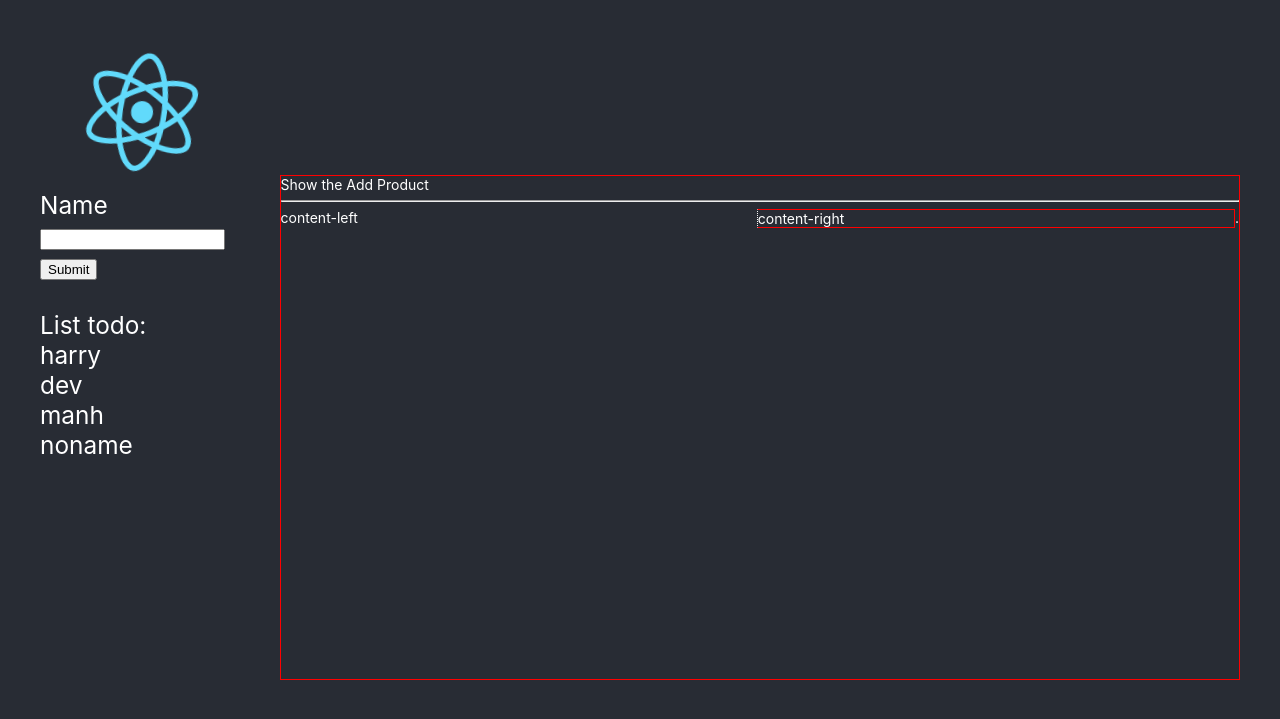
Repository: minh66hn/base-react-hook
Page: /
These files come from the project's save history. The page is drawn as it stood at one moment and after a run of saves; the edit follows.
The browser window is 1280 px wide. The pictures show the whole page.
The project was rebuilt for these pictures with package versions that can differ from the ones it lists, and the page was loaded fresh each time.

Above is the page before, as saved 2022-05-01 17:10:14.

### src/App.js
import React from "react";

import logo from "./logo.svg";
import "./App.scss";
import Home from "./components/Home";
import AddNewProduct from "./components/AddNewProduct";
import Product from "./components/Products/Product";

function App() {
  return (
    <div className="App">
      <header className="App-header content-left">
        <img src={logo} className="App-logo" alt="logo" />
        <Home></Home>
      </header>
      <div className="content-right">
        <AddNewProduct />
        <hr />
        <Product />
      </div>
    </div>
  );
}

export default App;

### src/App.scss
.App {
  padding: 40px;
  background-color: #282c34;
  height: calc(100vh - 80px);
  font-size:14px;
  display: flex;

  .content-left{
    width:20%;
  }


  .content-right{
    /* border: 1px solid red; */
    width: 80%;
    margin-top:135px;
    color: white;
    border :1px solid red
  }

}

.App-logo {
  height: 20vmin;
  pointer-events: none;
}

@media (prefers-reduced-motion: no-preference) {
  .App-logo {
    animation: App-logo-spin infinite 20s linear;
  }
}

@keyframes App-logo-spin {
  from {
    transform: rotate(0deg);
  }
  to {
    transform: rotate(360deg);
  }
}
.App-header {
  /* min-height: 100vh; */
  /* display: flex;
  flex-direction: column; */
  /* align-items: center;
  justify-content: center; */
  font-size: calc(10px + 2vmin);
  color: white;
  /* border: 1px solid green; */
  width: 50%;
}

.input-product input{
  width:50%;
  height:24px;
  outline: none;
  border-radius: 10px;
}
.input-product{
  margin-bottom: 10px;
  display:flex;
  flex-direction: column;
  gap:5px;
}
button{
  cursor: pointer;
}
.App-link {
  color: #61dafb;
}

/* img {
  display: block;
  max-width: 100%;
}
.youtube-list {
  display: grid;
  grid-template-columns: repeat(4, 2fr);
  grid-gap: 25px;
  padding: 25px;
}
.youtube-image {
  height: 250px;
  margin-bottom: 15px;
}
.youtube-image img {
  width: 100%;
  height: 100%;
  object-fit: cover;
}
.youtube-footer {
  display: flex;
  align-items: flex-start;
  gap: 0 20px;
}
.youtube-avatar {
  width: 50px;
  height: 50px;
  border-radius: 100rem;
  object-fit: cover;
  flex-shrink: 0;
}
.youtube-title {
  font-size: 18px;
  margin-bottom: 10px;
}
.youtube-author {
  font-size: 14px;
  color: #999;
  font-weight: 300;
} */

### src/components/Home.js
import React from "react";
import { useState } from "react";
import AddTodo from "./AddTodo";
import DisplayListTodo from "./DisplayListTodo";
const Home = () => {
  const [todo, setTodo] = useState("");
  const randomIntFromInterval = (min, max) => {
    // min and max included
    return Math.floor(Math.random() * (max - min + 1) + min);
  };

  const [listTodo, setListTodo] = useState([
    { id: 1, name: "harry" },
    { id: 2, name: "dev" },
    { id: 3, name: "manh" },
    { id: 4, name: "noname" },
  ]);
  const handleDeleteBtn = (id) => {
    alert(`you deleted item by id:${id}`);
    let updateListTodo = listTodo.filter((item) => item.id !== id);
    setListTodo(updateListTodo);
  };
  const handleClickbtn = (todo) => {
    const todoItem = {
      id: randomIntFromInterval(5, 999),
      name: todo,
    };
    console.log(listTodo);
    if (!todo) {
      alert("please enter todo");
      return 0;
    }
    //catch1
    // let curentTodo = listTodo;
    // curentTodo.push(todoItem);
    // setListTodo(curentTodo);
    //catch2
    setListTodo([...listTodo, todoItem]);
    setTodo("");
  };

  return (
    <div>
      <AddTodo handleClickbtn={handleClickbtn} todo={todo} setTodo={setTodo} />
      <DisplayListTodo childData={listTodo} handleDeleteBtn={handleDeleteBtn} />
    </div>
  );
};

export default Home;

### src/components/AddNewProduct.js
import React from "react";
import { useState } from "react";

const AddNewProduct = () => {
  const [productName, setProductName] = useState("");
  const [producPrice, setProductPrice] = useState(0);
  const [productSize, setProductSize] = useState(0);
  const [productColor, setProductColor] = useState("");
  const [isShowDetail, setIsShowDetail] = useState(false);

  const handleClickbtn = () => {
    let object = { productName, producPrice, productSize, productColor };
    let ListProducts = localStorage.getItem("ListProducts");
    console.log(ListProducts);
    if (ListProducts) {
      let arr = [JSON.parse(ListProducts)];
      arr.push(object);
      localStorage.setItem("ListProducts", JSON.stringify(arr));
    } else {
      localStorage.setItem("ListProducts", JSON.stringify(object));
    }
    setProductName("");
    setProductPrice(0);
    setProductSize(0);
    setProductColor("");
  };
  const handleIsHide = (currentShow) => {
    let isShow = !currentShow;
    setIsShowDetail(isShow);
  };
  return (
    <div>
      {isShowDetail === true && (
        <fieldset>
          <legend>Add New Product:</legend>
          <div className="input-product">
            <label>Name</label>
            <input
              value={productName}
              type="text"
              onChange={(event) => {
                setProductName(event.target.value);
              }}
            />
          </div>
          <div className="input-product">
            <label>Price</label>
            <input
              value={producPrice}
              type="text"
              onChange={(event) => {
                setProductPrice(event.target.value);
              }}
            />
          </div>
          <div className="input-product">
            <label>Size</label>
            <input
              value={productSize}
              type="number"
              onChange={(event) => {
                setProductSize(event.target.value);
              }}
            />
          </div>
          <div className="input-product">
            <label>Color</label>
            <input
              value={productColor}
              type="text"
              onChange={(event) => {
                setProductColor(event.target.value);
              }}
            />
          </div>
          <div>
            <button type="button" onClick={() => handleClickbtn()}>
              Submit
            </button>
          </div>
        </fieldset>
      )}

      {isShowDetail === true ? (
        <div
          onClick={() => {
            handleIsHide(true);
          }}
        >
          Is Hide Add Product
        </div>
      ) : (
        <div
          onClick={() => {
            handleIsHide(false);
          }}
        >
          Show the Add Product
        </div>
      )}
    </div>
  );
};

export default AddNewProduct;

### src/components/Products/Product.js
import React from "react";
import "../Products/Product.scss";
const Product = () => {
  return (
    <div className="products-container">
      <div className="content-left">content-left</div>
      <div className="content-right">content-right

      </div>.
    </div>
  );
};

export default Product;

### src/components/AddTodo.js
import React from "react";

const AddTodo = (props) => {
  const { handleClickbtn, todo, setTodo } = props;
  return (
    <div>
      <label>Name</label>
      <input
        type="text"
        value={todo}
        onChange={(event) => {
          console.log("check event:", event);
          setTodo(event.target.value);
        }}
      />
      <button
        type="button"
        onClick={() => {
          handleClickbtn(todo);
        }}
      >
        Submit
      </button>
      <br />
      <br />
    </div>
  );
};

export default AddTodo;

### src/components/DisplayListTodo.js
import React from "react";

const DisplayListTodo = (props) => {
  const listData = props.childData;
  const handleDeleteBtn = (id) => {
    props.handleDeleteBtn(id);
  };
  return (
    <div>
      <div>List todo:</div>
      {listData.map((item) => {
        console.log(item);
        return (
          <div
            key={item.id}
            onClick={() => {
              handleDeleteBtn(item.id);
            }}
          >
            {item.name}
          </div>
        );
      })}
    </div>
  );
};

export default DisplayListTodo;

### src/components/Products/Product.scss
.products-container{
    display:flex;
    flex-direction: row;
.content-right{
    border-left:1px dotted  #f5f5f5;

    margin-top: 0px;
    width:50%;
    .title{
        font-size:18px;
        font-weight: 600;
        text-align: left;
        padding: 10px 0;
    }
    .price{
        font-size: 20px;
        font-weight: 600;
        padding: 5px 0 15px 0;
    }
    .size{
        padding: 5px 0;
    }
    .action{
        display: flex;
        flex-direction: column;
        .buy{
            cursor: pointer;
            height: 27px;
            width: 171px;
            color:#ffffff;
            background-color:#ff3945;
            border-radius: 5px;
        }
        .quantity{
            height: 14px;
            width: 35px;
            border-radius: 3px;
            }
        .buy:hover{
            background-color: #FEFBE7;
            color:#FF6363
        }
    }
}
.content-left{
    width:50%;
    .img-up{
        img{
            width: 80%;
            height: 100%;
            object-fit: cover

        }
    }
    .img-down{
        display: flex;
        gap:10px;

        .img-small{
            img{
                height: 100px;
                width: 100px;
                border-radius: 3px;
                cursor: pointer;
            }

    }

    }

}
}

Loaded but not shown: public/index.html (common file); src/index.js (common file); src/index.css (common file); src/reportWebVitals.js (common file)

After the next 5 saves:
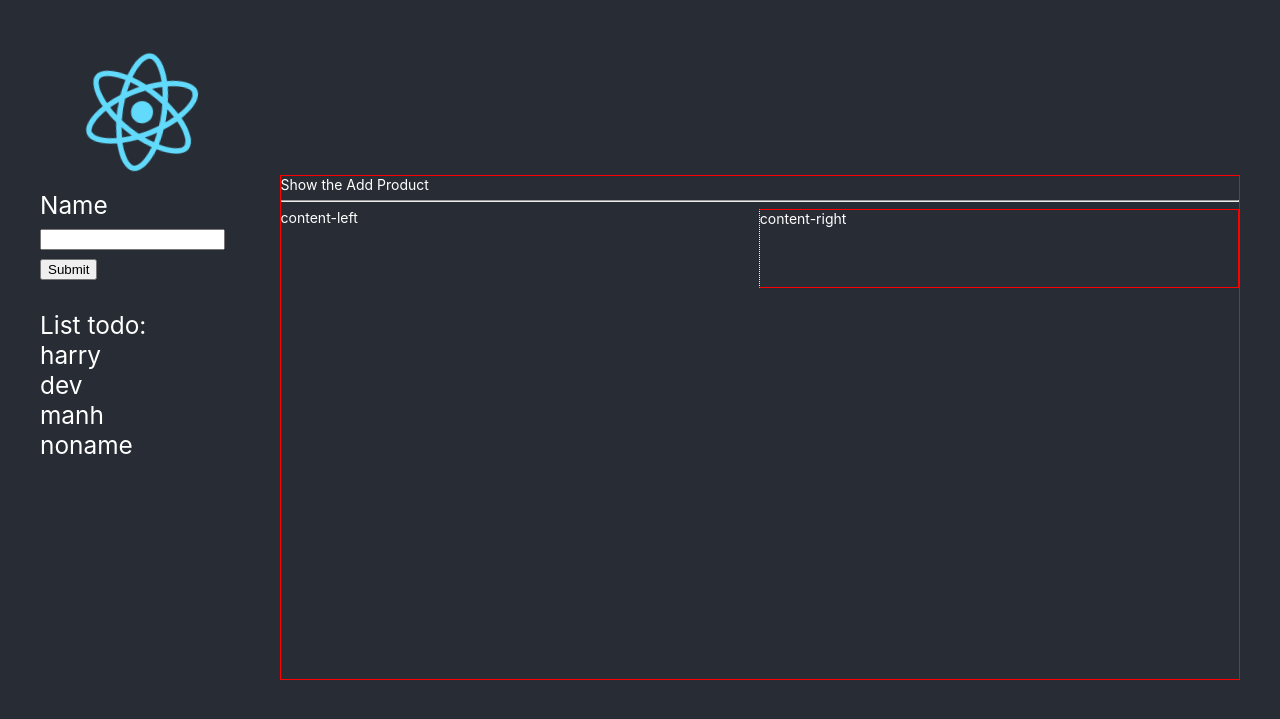
The 5 saves are shown as one change because they came seconds apart.
The last was saved 15 s later.
--- a/src/components/Products/Product.js
+++ b/src/components/Products/Product.js
@@ -5,8 +5,10 @@
     <div className="products-container">
       <div className="content-left">content-left</div>
       <div className="content-right">content-right
-
-      </div>.
+      <div className="title"></div>
+      <div className="title"></div>
+      <div className="title"></div>
+      </div>
     </div>
   );
 };
